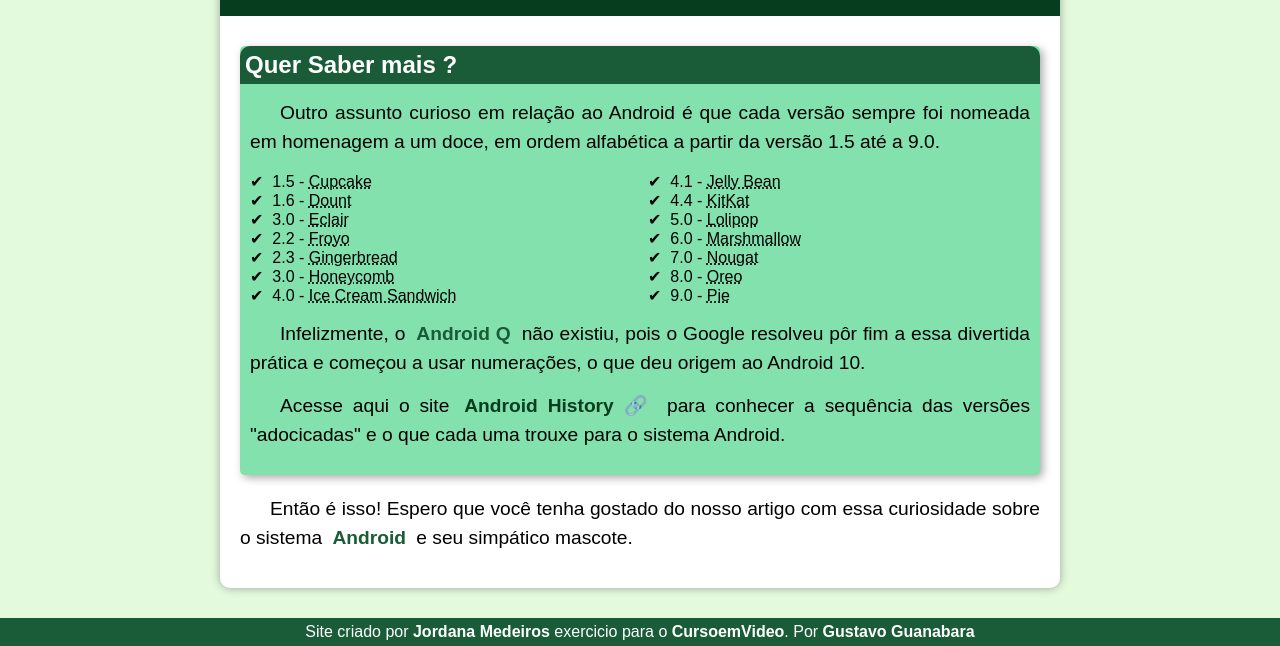
Repository: Iamjordana/html-css
Page: Html Css/Exercicios/Desafios/desafio site/index.html
The author's editor kept a copy of each file at every save. The page is drawn from the files as they stood at one save, then again after the next save.
The browser window is 1280 px wide. The pictures show the part of the page from y = 2312 to 2966 px (the page is 2958 px tall before and 2966 px after).

Above is the page before, as saved 2025-04-11 10:03:37.

After the next save:
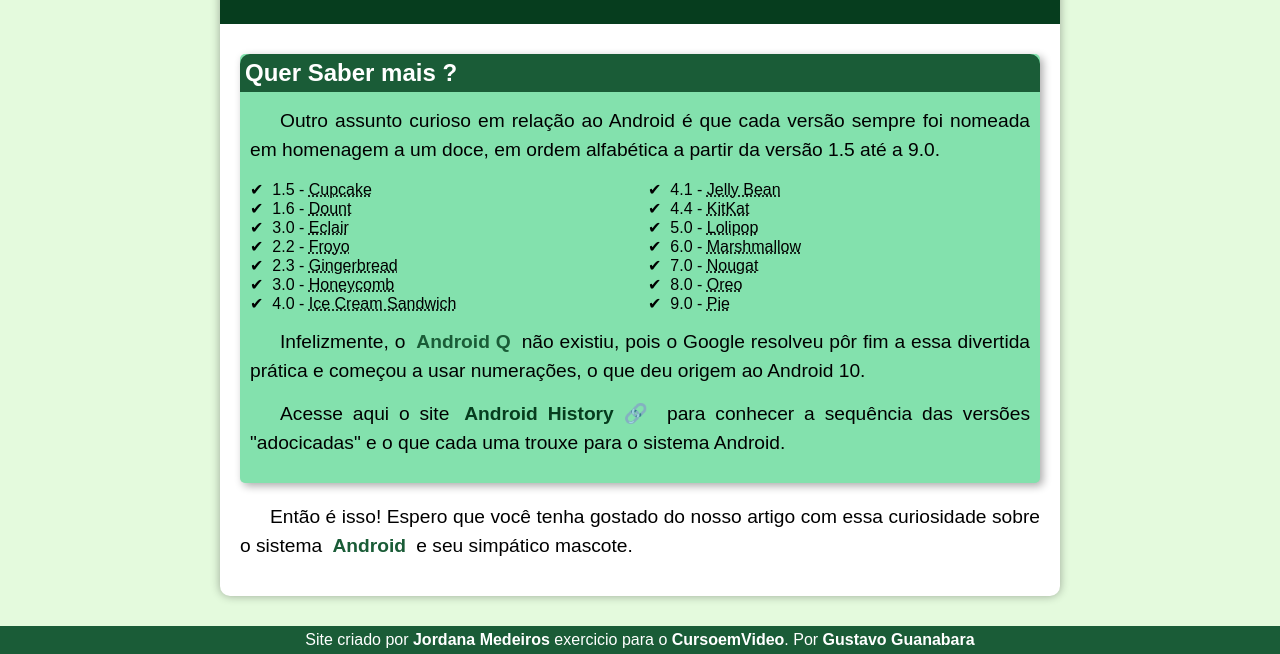
Saved 10 s later.
--- a/Html Css/Exercicios/Desafios/desafio site/css/style.css
+++ b/Html Css/Exercicios/Desafios/desafio site/css/style.css
@@ -153,7 +153,7 @@
     background-color: var(--cor5);
     margin: 0px -20px 30px -20px;
     padding: 20px;
-    padding-bottom: 56%;
+    padding-bottom: 57%;
     position: relative;
 }
 
